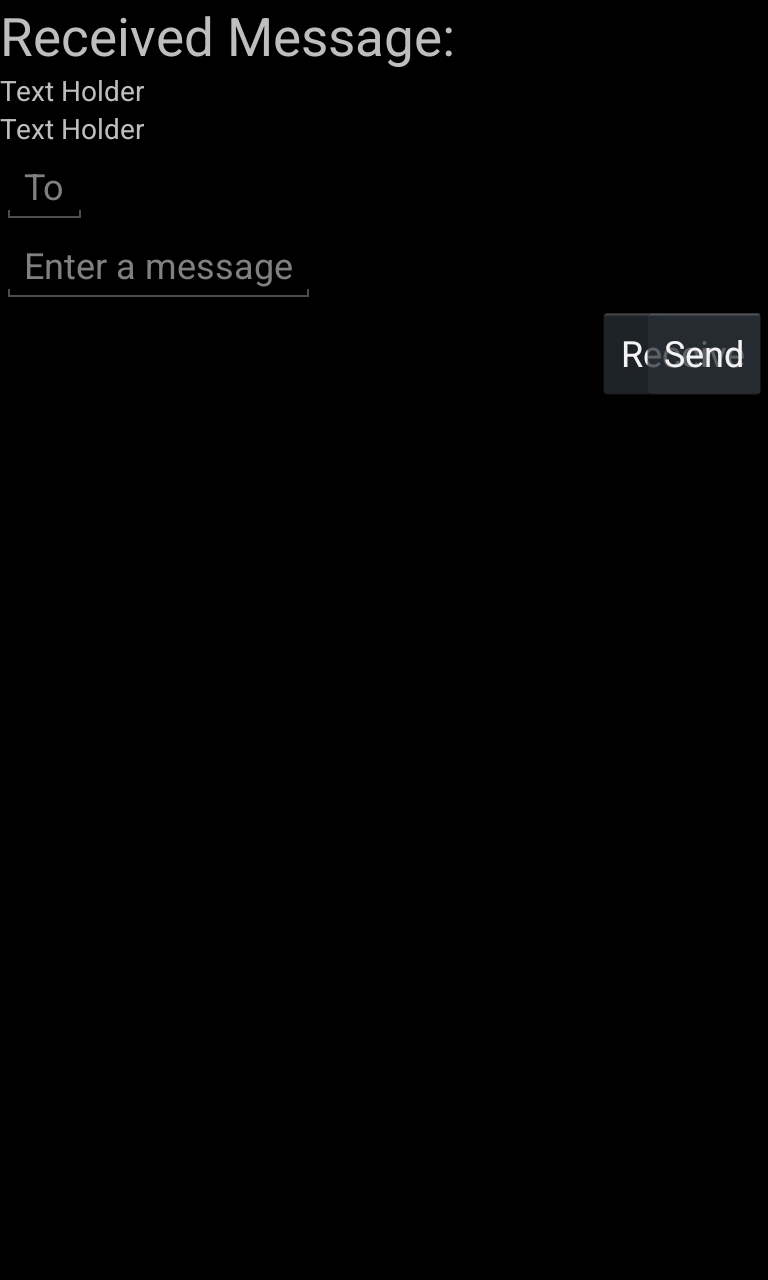
Repository: tomcynicholls/ThirdYearProject
Layout: JavaCode/App/res/layout/main.xml
These files come from the project's save history. The layout is drawn as it stood at one moment and after the next save; the edit follows.
It is drawn on a 768 x 1280 px phone screen (xhdpi) without system bars, with theme android:Theme.Holo; the app's code is not run.

Above is the layout before, as saved 2013-01-28 22:10:02.

### JavaCode/App/res/layout/main.xml
<?xml version="1.0" encoding="utf-8"?>
<LinearLayout xmlns:android="http://schemas.android.com/apk/res/android"
    xmlns:tools="http://schemas.android.com/tools"
    android:layout_width="match_parent"
    android:layout_height="match_parent"
    android:orientation="vertical" >

    <TextView
        android:id="@+id/textview_title"
        android:layout_width="wrap_content"
        android:layout_height="wrap_content"
        android:textSize="12pt"
        android:text="@string/receive_title" />

    <TextView
        android:id="@+id/textview_from"
        android:layout_width="wrap_content"
        android:layout_height="wrap_content"
        android:text="@string/holder" />

     <TextView
        android:id="@+id/textview_message"
        android:layout_width="wrap_content"
        android:layout_height="wrap_content"
        android:text="@string/holder" />

      <EditText android:id="@+id/edit_receiver"
        android:layout_height="wrap_content"
        android:layout_width="wrap_content"
        android:hint="@string/edit_receiver" />


    <EditText android:id="@+id/edit_message"
        android:layout_height="wrap_content"
        android:layout_width="wrap_content"
        android:hint="@string/edit_message" />

    <RelativeLayout
            android:id="@+id/innerrel"
            android:layout_width="match_parent"
            android:layout_height="wrap_content"
            android:orientation="horizontal" >
    <Button
        android:layout_width="wrap_content"
        android:layout_height="wrap_content"
        android:text="@string/button_receive"
        android:onClick="receiveMessage"
        android:layout_alignParentRight="true" />

    <Button
        android:layout_width="wrap_content"
        android:layout_height="wrap_content"
        android:text="@string/button_send"
        android:onClick="sendMessage"
        android:layout_alignParentRight="true" />

    </RelativeLayout>
</LinearLayout>

### JavaCode/App/res/values/strings.xml
<?xml version="1.0" encoding="utf-8"?>
<resources>

    <string name="app_name">TYP App</string>
    <string name="edit_message">Enter a message</string>
    <string name="edit_receiver">To</string>
    <string name="button_send">Send</string>
    <string name="button_receive">Receive</string>
    <string name="receive_title">Received Message:</string>
    <string name="send_title">Send Message:</string>
    <string name="menu_settings">Settings</string>
    <string name="title_activity_main">MainActivity</string>
    <string name="title_activity_display_message">Message</string>
    <string name="hello_world">Hello world!</string>
    <string name="holder">Text Holder</string>
    <string name="title_activity_view_xml_writer">View Xm lWriter</string>

</resources>

After the next save:
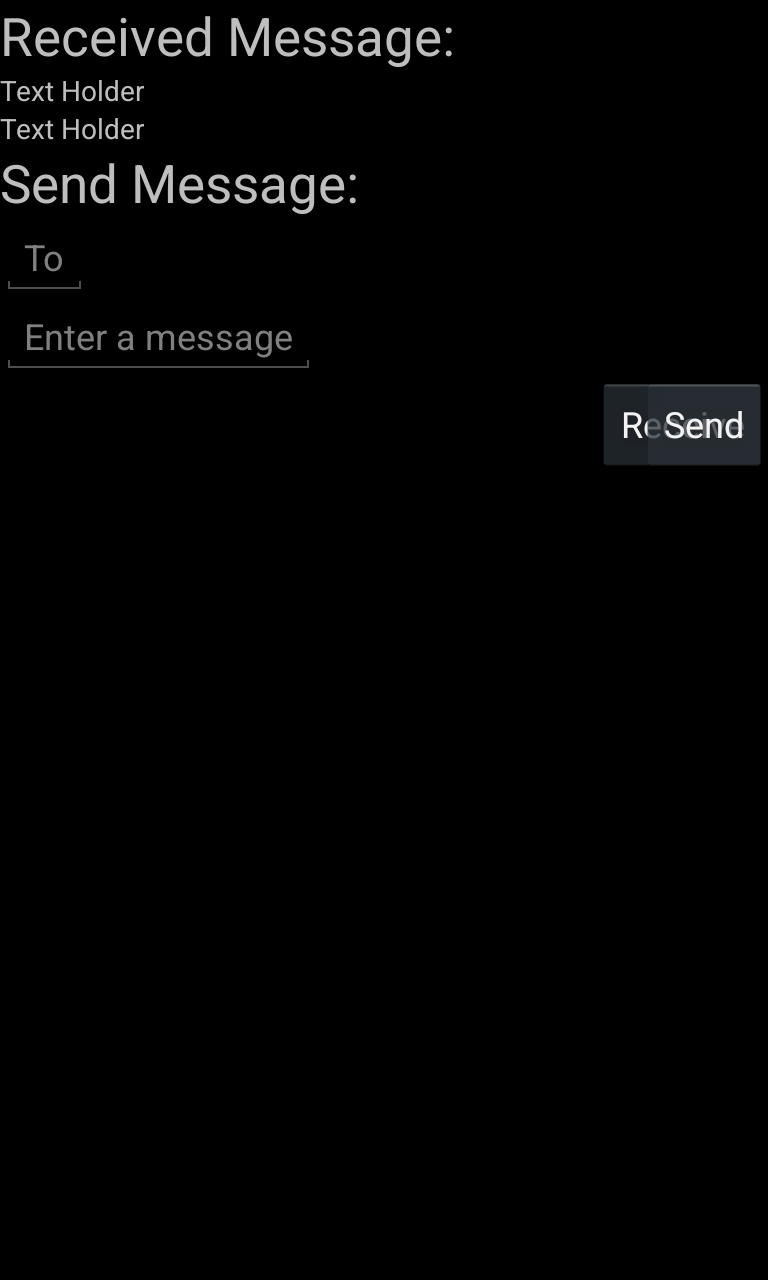
Saved 23 s later.
--- a/JavaCode/App/res/layout/main.xml
+++ b/JavaCode/App/res/layout/main.xml
@@ -23,6 +23,13 @@
         android:layout_width="wrap_content"
         android:layout_height="wrap_content"
         android:text="@string/holder" />
+
+     <TextView
+        android:id="@+id/textview_sendtitle"
+        android:layout_width="wrap_content"
+        android:layout_height="wrap_content"
+        android:textSize="12pt"
+        android:text="@string/send_title" />
 
       <EditText android:id="@+id/edit_receiver"
         android:layout_height="wrap_content"
